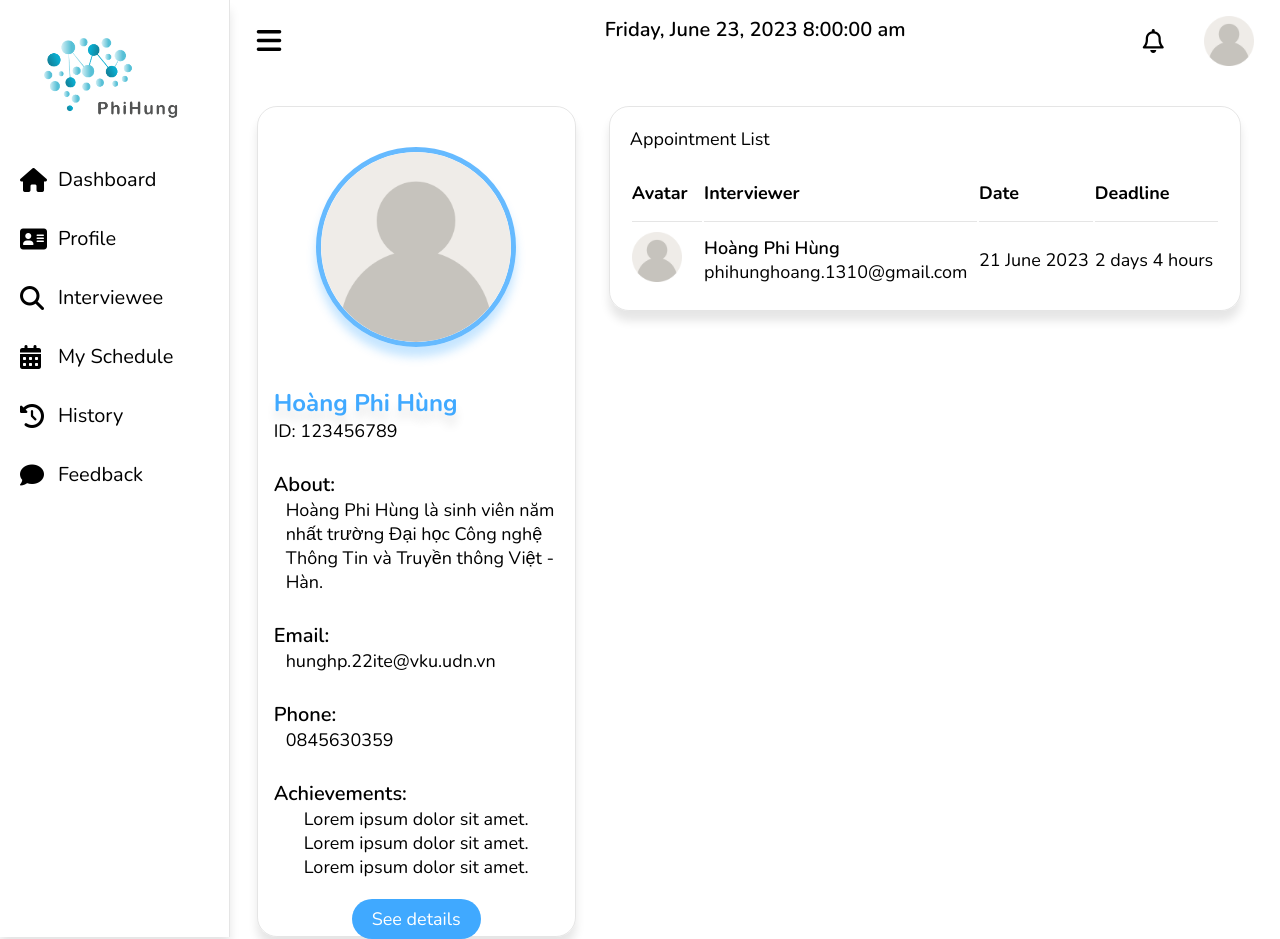
Repository: hphihungit/InterviewService
Page: interviewee.html
The author's editor kept a copy of each file at every save. The page is drawn from the files as they stood at one save, then again after the next save.
The browser window is 1280 px wide. The pictures show the whole page.

Above is the page before, as saved 2023-06-01 01:00:45.

After the next save:
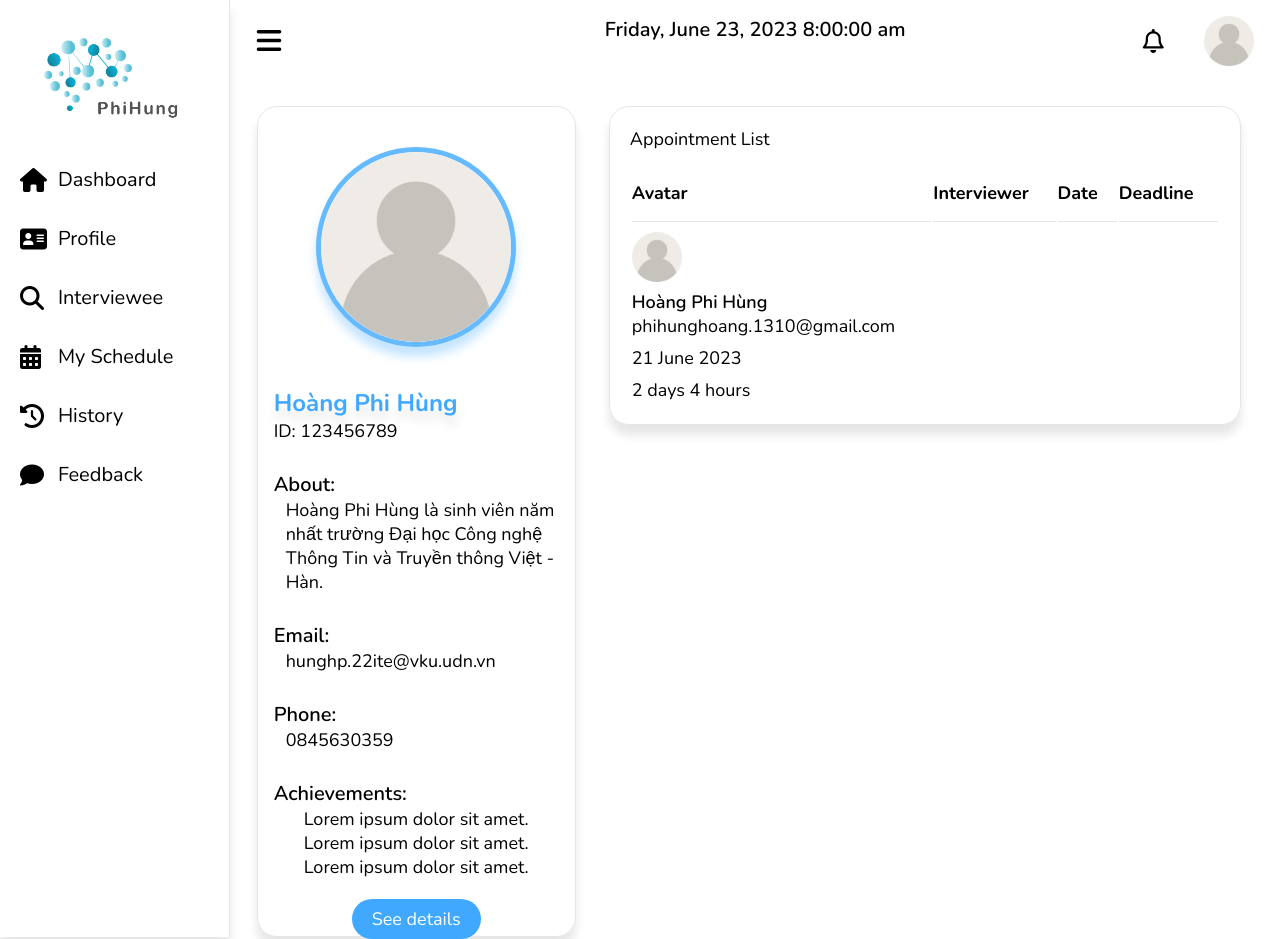
Saved 47 s later.
--- a/assets/css/interviewee.css
+++ b/assets/css/interviewee.css
@@ -224,6 +224,9 @@
 
 td {
     padding-top: 8px;
+    display: flex;
+    flex-direction: column;
+    justify-content: flex-start;
 }
 
 td img {

After the 2 saves that followed:
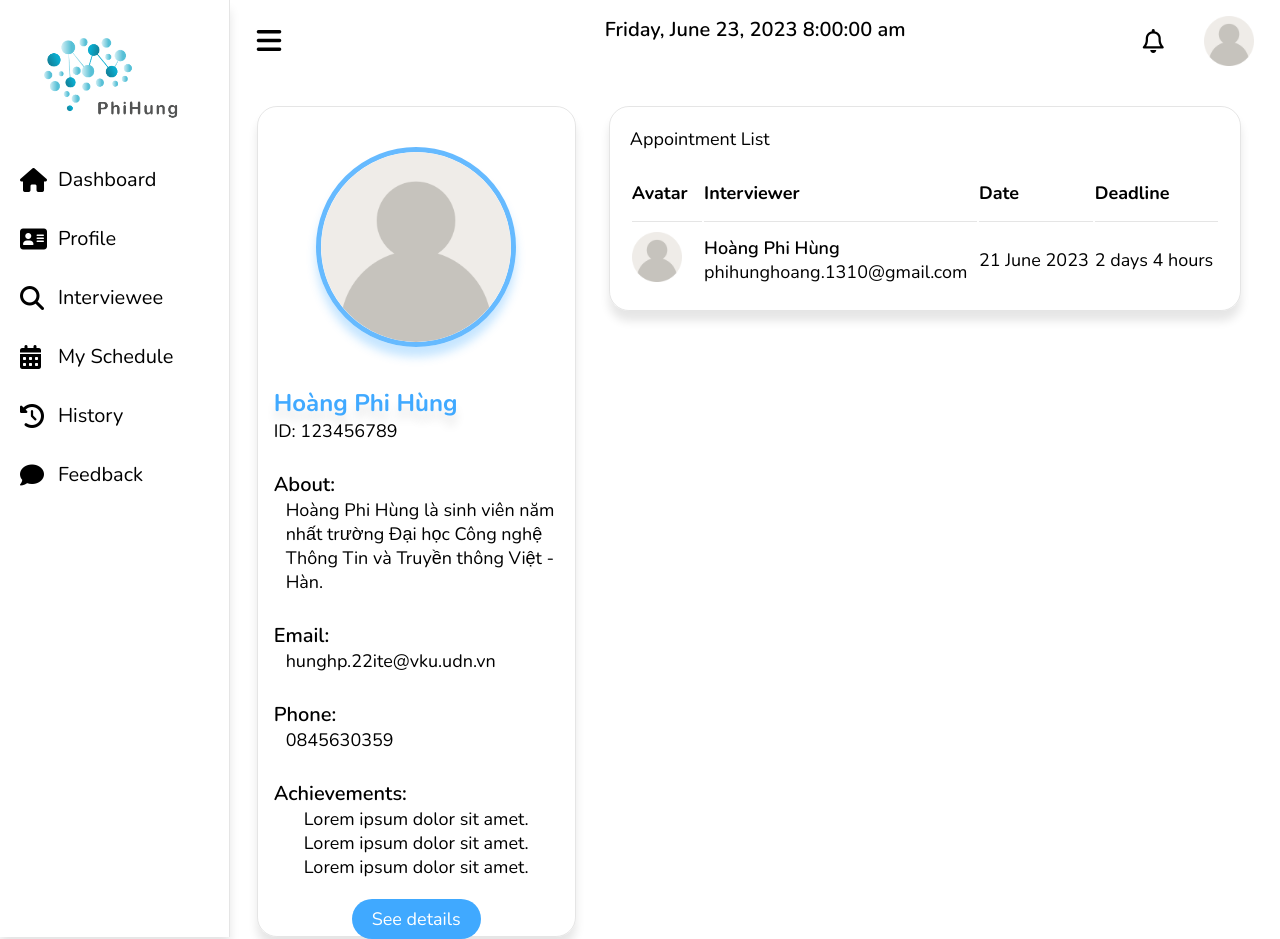
The 2 saves are shown as one change because they came seconds apart.
The last was saved 11 s later.
--- a/assets/css/interviewee.css
+++ b/assets/css/interviewee.css
@@ -224,9 +224,6 @@
 
 td {
     padding-top: 8px;
-    display: flex;
-    flex-direction: column;
-    justify-content: flex-start;
 }
 
 td img {
